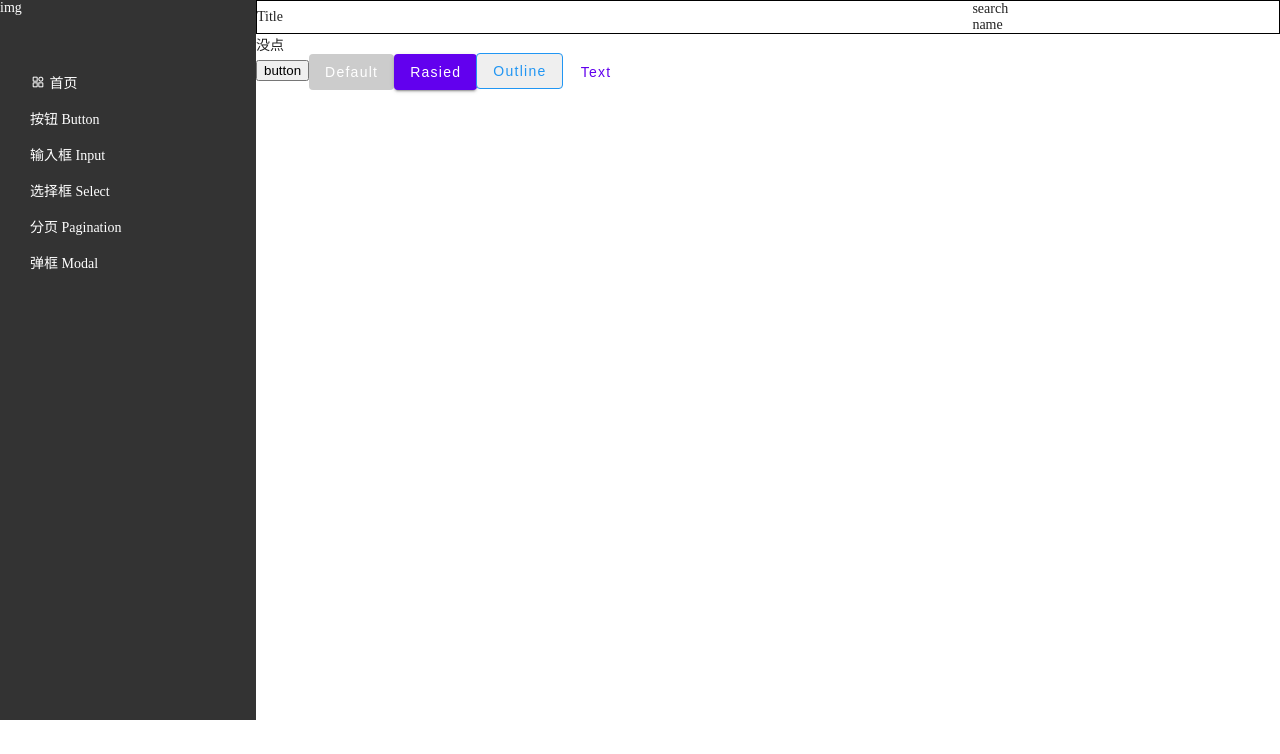
Repository: wyhsunflower/koalaUI
Page: /
The author's editor kept a copy of each file at every save. The page is drawn from the files as they stood at one save, then again after the next save.
The browser window is 1280 px wide. The pictures show the whole page.
The project was rebuilt for these pictures with package versions that can differ from the ones it lists, and the page was loaded fresh each time. Also part of the build but not shown: webpack.config.js, src/components/Modal/Modal.vue. Imported but missing from the stored project, and not drawn on this page: src/views/go/go2.vue.

Above is the page before, as saved 2020-03-13 22:31:06.

### index.html
<!DOCTYPE html>
<html lang="en">
<head>
    <meta charset="UTF-8">
    <title>koala's UI</title>
</head>
<body>
<div id="app"></div>
</body>
</html>

### src/index.js
import Vue from 'vue';
import App from './app';
import './components/components.js'
import './styles/global.scss';
import './styles/iconfont/icon.scss'
import router from './router/route';


new Vue({
    router,
    render(h) {
        return h(App);
    }
}).$mount('#app');

### src/app.vue
<template>
    <div id="app" class="container">
        <SideBar></SideBar>
        <div class="right">
            <Header></Header>
            <div class="main">
                <transition>
                 <router-view></router-view>
                </transition>
            </div>
        </div>
    </div>
</template>
<script>
    import SideBar from './SideBar';
    import Header from './Header';
    export default {
        name: "app",
        components:{
            SideBar,
            Header
        },
    }
</script>

<style lang="scss" scoped>
    @import "styles/global";
    .container{
        width: 100%;
        display: flex;
        flex-flow: row nowrap;
        height: 100%;
    }
    .right{
        width: 80%;
        height: 100%;
    }
        .main{
            width: 100%;
            height: 100%;
        }
</style>

### src/components/components.js
import Vue from 'vue'
import Button from './Button/Button';
import Modal from './Modal/Modal';

Vue.component('Button',Button);
Vue.component('Modal',Modal);

### src/styles/global.scss
$font-color: rgba(0,0,0, 0.87);
$color-btn-default:#ccc;
$color-btn-primary:#2196f3;
$color-btn-custom:#6200ee;
* {
    box-sizing: border-box;
}
html, body {
    margin: 0;
    padding: 0;
    font-size: 14px;
}
html{
    width: 100%;
    height: 100%;
    outline: none;
    font-size: 14px;
}
body {
    color: $font-color;
    font-size: 14px;
    height: 100%;
    width: 100%;
}
.koala-button{

    -moz-osx-font-smoothing: grayscale;
    -webkit-font-smoothing: antialiased;
    font-size: 1rem;
    line-height: 2.25rem;
    font-weight: 500;
    letter-spacing: .0892857143em;
    text-decoration: none;
    display: inline-flex;
    position: relative;
    align-items: center;
    justify-content: center;
    box-sizing: border-box;
    min-width: 64px;
    border: none;
    outline: none;
    line-height: 1;
    -webkit-user-select: none;
    -moz-user-select: none;
    -ms-user-select: none;
    user-select: none;
    -webkit-appearance: none;
    overflow: visible;
    vertical-align: middle;
    border-radius: 4px;
    cursor: pointer;

    padding: 0 1.145rem;
    min-width: 4.5rem;
    color: #fff;
    height: 2.572rem;
}

### src/styles/iconfont/icon.scss
@font-face {font-family: "iconfont";
  src: url('./iconfont.eot?t=1575969178796'); /* IE9 */
  src: url('./iconfont.eot?t=1575969178796#iefix') format('embedded-opentype'), /* IE6-IE8 */
       url('./iconfont.woff?t=1575969178796') format('woff'),
       url('./iconfont.ttf?t=1575969178796') format('truetype'), /* chrome, firefox, opera, Safari, Android, iOS 4.2+ */
       url('./iconfont.svg?t=1575969178796#iconfont') format('svg'); /* iOS 4.1- */
}
.iconfont {
  font-family: "iconfont" !important;
  font-size: 16px;
  font-style: normal;
  -webkit-font-smoothing: antialiased;
  -moz-osx-font-smoothing: grayscale;
}
.icon-all:before {
  content: "\e6ef";
}

### src/router/route.js
import Router from 'vue-router';
import Vue from 'vue';
//import Home from '../app';
//import Button from '../components/Button/Button';
import Home from '../views/home';


const routerListDir=[];

function importAllRouter(r) {
    r.keys().forEach(
        (key)=>routerListDir.push(r(key).default)
    )
}

importAllRouter(require.context('../router',true,/\.router\.js/));
Vue.use(Router);
console.log(routerListDir);

export default new Router({
    routes: [
        ...routerListDir,
        { path: '/',component:Home},
        //{ path: '/button',component:Button},
    ]
});

### src/SideBar.vue
<template>
    <div class="side">
        <div class="top">
            <div>img</div>
            <!--<img src="./static/img/logo.jpg">-->
        </div>
        <ul class="side-list">
            <li v-for="x of lists">
                <i class="iconfont" :class="x.icon"></i>
                {{x.name}}
            </li>
        </ul>
    </div>
</template>

<script>
    export default {
        name: "SideBar",
        data(){
            return{
                lists:[
                    {
                        name:'首页',
                        icon:'icon-all',
                    },
                    {
                        name:'按钮 Button',
                        icon:'button',
                    },
                    {
                        name:'输入框 Input',
                        icon:'input',
                    },
                    {
                        name:'选择框 Select',
                        icon:'select',
                    },
                    {
                        name:'分页 Pagination',
                        icon:'pagination',
                    },
                    {
                        name:'弹框 Modal',
                        icon:'modal',
                    },
                ],
            }
        },
    }
</script>

<style lang="scss" scoped>
    .side {
        max-width: 300px;
        width: 20%;
        background: rgba(0,0,0,.8);
        height: 100%;
        color: #fff;
    }
    .top {
        height: 50px;
    }
    ul{
        list-style: none;
        padding: 0;
    }
    li{
        padding: 8px 30px;
        &:hover{background: rgba(0,0,0,.2);}
    }
</style>

### src/Header.vue
<template>
    <div class="header">
        <div class="title">Title</div>
        <div class="right">
            <div class="search">search</div>
            <div class="config">name</div>
        </div>
    </div>
</template>

<script>
    export default {
        name: "Header"
    }
</script>

<style lang="scss" scoped>
    .header{
        width: 100%;
        display: flex;
        justify-content: space-between;
        align-items: center;
        border: 1px solid #000;
    }
    .title{
        width: 60%;
    }
    .right{
        width: 30%;
    }
</style>

### src/components/Button/Button.vue
<template>
    <component
            class="koala-button"
            :class="buttonType"
            is="button"
            @click="onClick"
    >
        <slot></slot>
    </component>
</template>

<script>
    //type color icon
    export default {
        name: "Button",
        // ['type','color','diabled','size'],
        props: {
            type:{
                type: String,
                default:'default', // 'default', 'rasied , 'text', 'outline'
            },
            color:{
                type: String,
                default: 'default', // 'default', 'primary', 'custom'
            },
            size:{
                type: String,
                default: 'normal' // 'small', 'normal', 'large','custom'
            },
            disabled: {
                type: Boolean,
                default: false
            }
        },
        data(){
            return{
            }
        },
        components:{

        },
        computed:{
            buttonType(){
                const buttonClass = {
                    "outline": [`koala-button-${this.type}`,`koala-button-ouline-color-${this.color}`],
                    "text": [`koala-button-${this.type}`,`koala-button-text-color-${this.color}`],
                    "default": [`koala-button-${this.type}`,`koala-button-color-${this.color}`],
                    "rasied": [`koala-button-${this.type}`,`koala-button-color-${this.color}`],
                }
                return buttonClass[this.type]
            },
        },
        methods:{
            onClick(e){
                this.$emit('click', e);
            }
        },
        mounted(){
        },
    }
</script>

<style lang="scss" scoped >
    @import "../../styles/global.scss";
// .koala-button{
//     background-color:#ccc;
//     min-width: 4.5rem;
//     border-radius: .25rem;
//     color: #fff;
//     font-size: .875rem;
//     font-weight: 300;
//     box-sizing: border-box;
//     position: relative;
//     -webkit-user-select: none;
//     -moz-user-select: none;
//     -ms-user-select: none;
//     user-select: none;
//     cursor: pointer;
//     outline: none;
//     border: none;
//     -webkit-tap-highlight-color: transparent;
//     display: inline-block;
//     white-space: nowrap;
//     text-decoration: none;
//     vertical-align: baseline;
//     text-align: center;
//     margin: 0;
//     min-width: 64px;
//     line-height: 36px;
//     padding: 0 16px;
//     border-radius: 4px;
//     overflow: visible;
//     transform: translate3d(0, 0, 0);
//     transition: background 400ms cubic-bezier(0.25, 0.8, 0.25, 1),box-shadow 280ms cubic-bezier(0.4, 0, 0.2, 1);
// }
    .koala-button-default{
        box-shadow: 0 0 0 0 rgba(0,0,0,.2), 0 0 0 0 rgba(0,0,0,.14), 0 0 0 0 rgba(0,0,0,.12);
    }
    .koala-button-rasied{
        box-shadow: 0px 3px 1px -2px rgba(0, 0, 0, 0.2), 0px 2px 2px 0px rgba(0, 0, 0, 0.14), 0px 1px 5px 0px rgba(0,0,0,.12);
        transition: box-shadow 280ms cubic-bezier(0.4, 0, 0.2, 1);
    }
    .koala-button-text{
        background-color: transparent;
        // color: $color-btn-primary;
    }
    .koala-button-outline{
        top: -1px;
        left: -1px;
        // border: 1px solid transparent;
        // color:$color-btn-primary;
        // border-color: $color-btn-primary;
    }
    .koala-button-color-default{
        background-color:$color-btn-default;
    }
    .koala-button-color-primary{
        background-color:$color-btn-primary;
    }
    .koala-button-color-custom{
        background-color:$color-btn-custom;
    }
    .koala-button-ouline-color-default{
        border: 1px solid transparent;
        color:$color-btn-default;
        border-color: $color-btn-default;
    }
    .koala-button-ouline-color-primary{
        border: 1px solid transparent;
        color:$color-btn-primary;
        border-color: $color-btn-primary;
    }
    .koala-button-ouline-color-custom{
        border: 1px solid transparent;
        color:$color-btn-custom;
        border-color: $color-btn-custom;
    }
    .koala-button-text-color-default{
        color: $color-btn-default;
    }
    .koala-button-text-color-primary{
        color: $color-btn-primary;
    }
    .koala-button-text-color-custom{
        color: $color-btn-custom;
    }
</style>

### src/views/home.vue
<template>
    <div class="main-container">
        <div>{{message}}</div>
        <button @click="showModal">button</button>
        <Modal v-if="modal" :self="this" :confirmCallback="confirmWay" :cancelCallback="cancelWay">
            <div>Modal组件</div>
            <div>Modal组件</div>
            <div>Modal组件</div>
            <div>Modal组件</div>
            <div>Modal组件</div>
            <div>Modal组件</div>
        </Modal>
        <Button @click="clicked('default')" type="default" color="default">Default</Button>
        <Button @click="clicked('rasied')" type="rasied" color="custom">Rasied</Button>
        <Button @click="clicked('outline')" type="outline" color="primary">Outline</Button>
        <Button @click="clicked('text')" type="text" color="custom">Text</Button>
    </div>
</template>

<script>
    // import Modal from '../components/Modal/Modal.vue'
    // import Button from '../components/Button/Button.vue'
    export default {
        name: "home",
        data(){
            return{
                modal:false,
                message:'没点'
            }
        },
        // components:{
        //     Button
        // },
        methods:{
            showModal(){
                this.modal = true
            },
            confirmWay(){
                this.message = '确定'
            },
            cancelWay(){
                this.message = '取消了'
            },
            clicked(name){
                alert(name)
            },
        },
    }
</script>

<style scoped>

</style>

### src/router/button.router.js
import Button from '../components/Button/Button';
export default {
    path: '/button',
    name: 'button',
    component:Button,
    children:[]
}

### src/router/modal.router.js
import Modal from '../components/Modal/Modal';
export default {
    path: '/modal',
    name: 'modal',
    component:Modal,
}

### src/router/sample.router.js
import Sample from '../views/go/go2.vue';
export default {
    path: '/sample',
    name: 'sample',
    component:Sample,
}

After the next save:
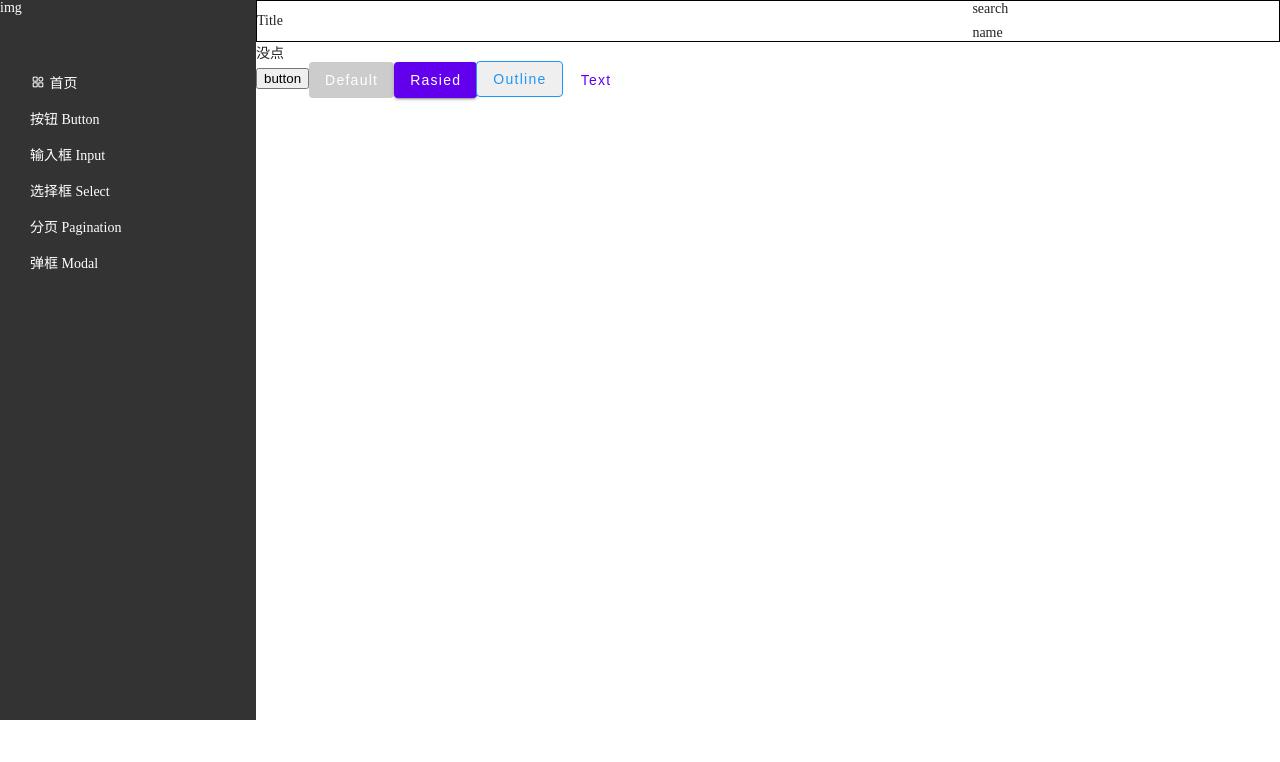
Saved 46 h 49 min later.
--- a/src/Header.vue
+++ b/src/Header.vue
@@ -3,7 +3,9 @@
         <div class="title">Title</div>
         <div class="right">
             <div class="search">search</div>
-            <div class="config">name</div>
+            <div class="config">name
+            <svg width="20" height="20" viewBox="0 0 20 20" xmlns="http://www.w3.org/2000/svg"><title>github-circle-white-transparent</title><path d="M10 0C4.477 0 0 4.477 0 10c0 4.42 2.87 8.17 6.84 9.5.5.08.66-.23.66-.5v-1.69c-2.77.6-3.36-1.34-3.36-1.34-.46-1.16-1.11-1.47-1.11-1.47-.91-.62.07-.6.07-.6 1 .07 1.53 1.03 1.53 1.03.87 1.52 2.34 1.07 2.91.83.09-.65.35-1.09.63-1.34-2.22-.25-4.55-1.11-4.55-4.92 0-1.11.38-2 1.03-2.71-.1-.25-.45-1.29.1-2.64 0 0 .84-.27 2.75 1.02.79-.22 1.65-.33 2.5-.33.85 0 1.71.11 2.5.33 1.91-1.29 2.75-1.02 2.75-1.02.55 1.35.2 2.39.1 2.64.65.71 1.03 1.6 1.03 2.71 0 3.82-2.34 4.66-4.57 4.91.36.31.69.92.69 1.85V19c0 .27.16.59.67.5C17.14 18.16 20 14.42 20 10A10 10 0 0 0 10 0z" fill="#FFF" fill-rule="evenodd"/></svg>
+            </div>
         </div>
     </div>
 </template>
